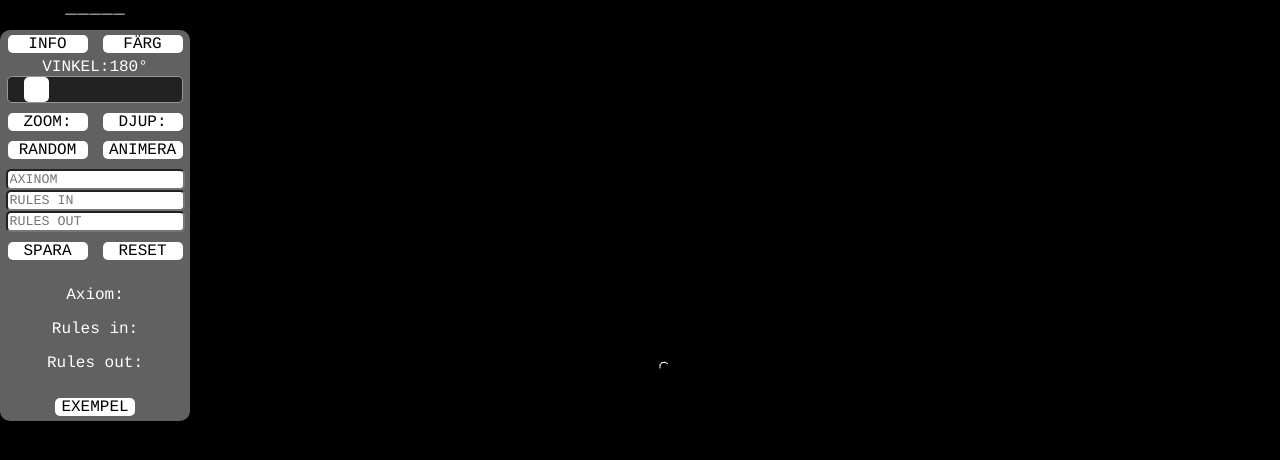
Repository: Gabrielw123/Fraktalgenerator
Page: fraktaler/test/index.html
These files come from the project's save history. The page is drawn as it stood at one moment and after the next save; the edit follows.
The browser window is 1280 px wide. The pictures show the whole page.
Some web libraries are served in a nearby version.

Above is the page before, as saved 2022-01-13 13:44:25.

After the next save:
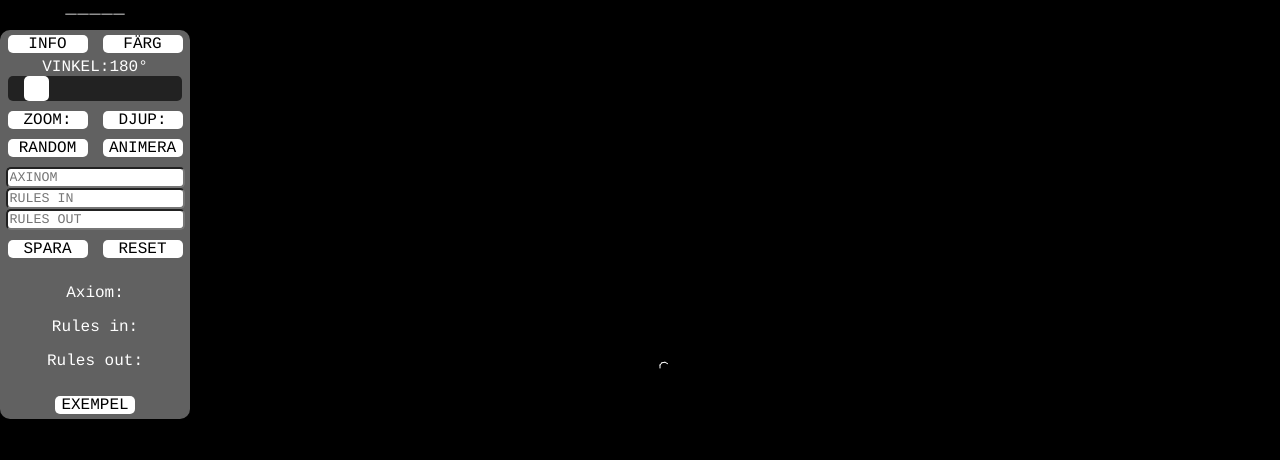
Saved 38 s later.
--- a/fraktaler/test/style.css
+++ b/fraktaler/test/style.css
@@ -70,8 +70,6 @@ body {
   -webkit-transition: 0.2s;
   transition: opacity 0.2s;
   border-radius: 5px;
-  border: 1px;
-  border-style: solid;
 }
 
 .slider:hover {
